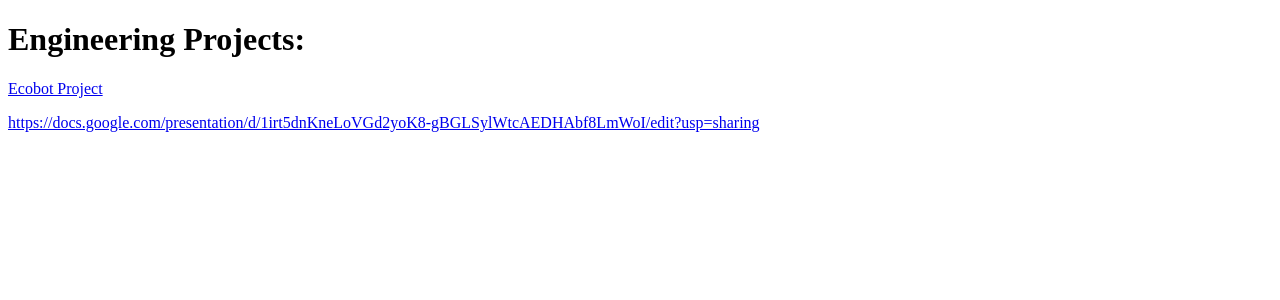
Repository: Isaakwashere/isaakwashere.github.io
Page: Engineering.html
The author's editor kept a record of every edit. The page is drawn from the files as they stood at one moment, then again after the next edit.
The browser window is 1280 px wide. The pictures show the whole page.

Above is the page before.

### Engineering.html
<!DOCTYPE html>
<html>
   <style>
body {

}
</style>


<body>


<h1 style="color:black;">Engineering Projects:</h1>
<p><a href="https://docs.google.com/presentation/d/1irt5dnKneLoVGd2yoK8-gBGLSylWtcAEDHAbf8LmWoI/edit?usp=sharing">Ecobot Project</p>



</body>
</html>

https://docs.google.com/presentation/d/1irt5dnKneLoVGd2yoK8-gBGLSylWtcAEDHAbf8LmWoI/edit?usp=sharing

After the next edit:
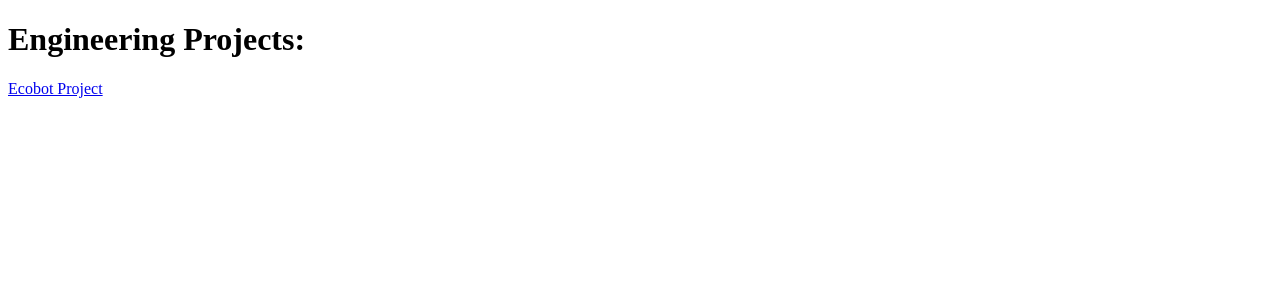
The edit:
--- a/Engineering.html
+++ b/Engineering.html
@@ -17,5 +17,3 @@
 
 </body>
 </html>
-
-https://docs.google.com/presentation/d/1irt5dnKneLoVGd2yoK8-gBGLSylWtcAEDHAbf8LmWoI/edit?usp=sharing
